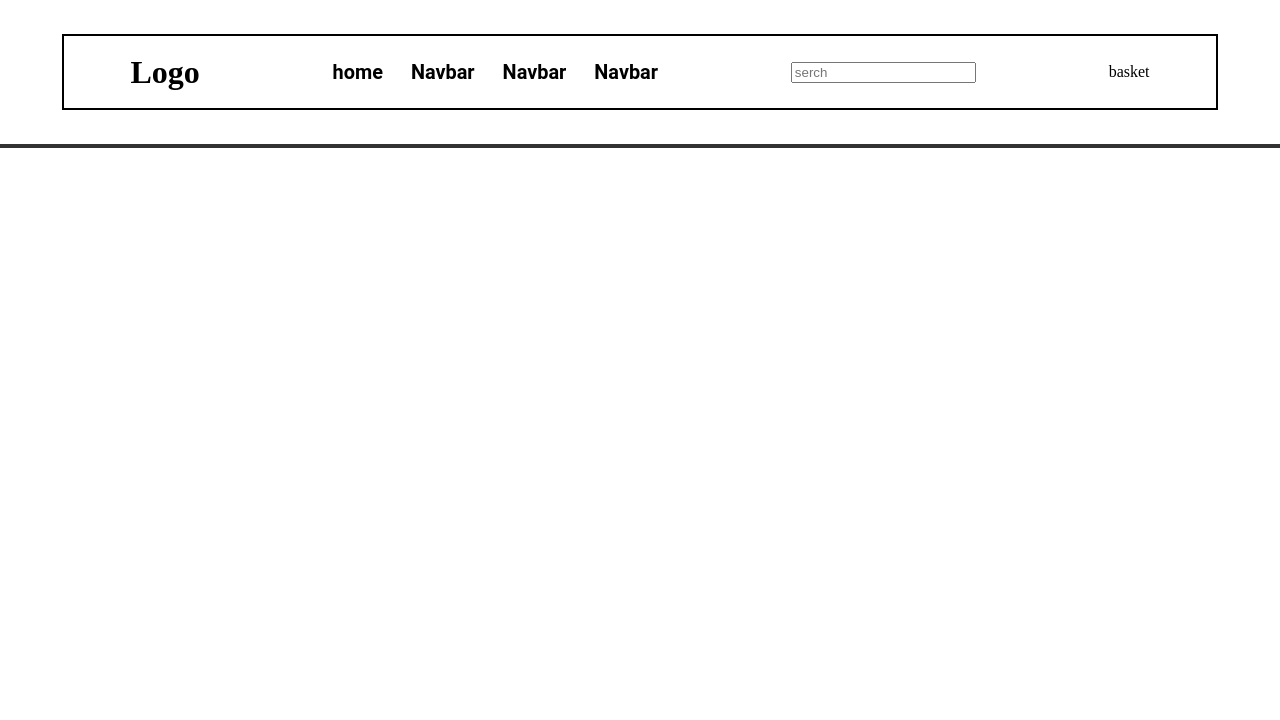
Repository: Islam432/Islam-and-Arsi---team
Page: /
An editor plug-in stored every save of this project. The page is shown before and after a run of saves, followed by the edit.
The browser window is 1280 px wide. The pictures show the whole page.
The project was rebuilt for these pictures with package versions that can differ from the ones it lists, and the page was loaded fresh each time. Also part of the build but not shown: vite.config.js, src/App.css, src/components/Comp/Comp.jsx.

Above is the page before, as saved 2023-03-11 22:55:01.

After the next 2 saves:
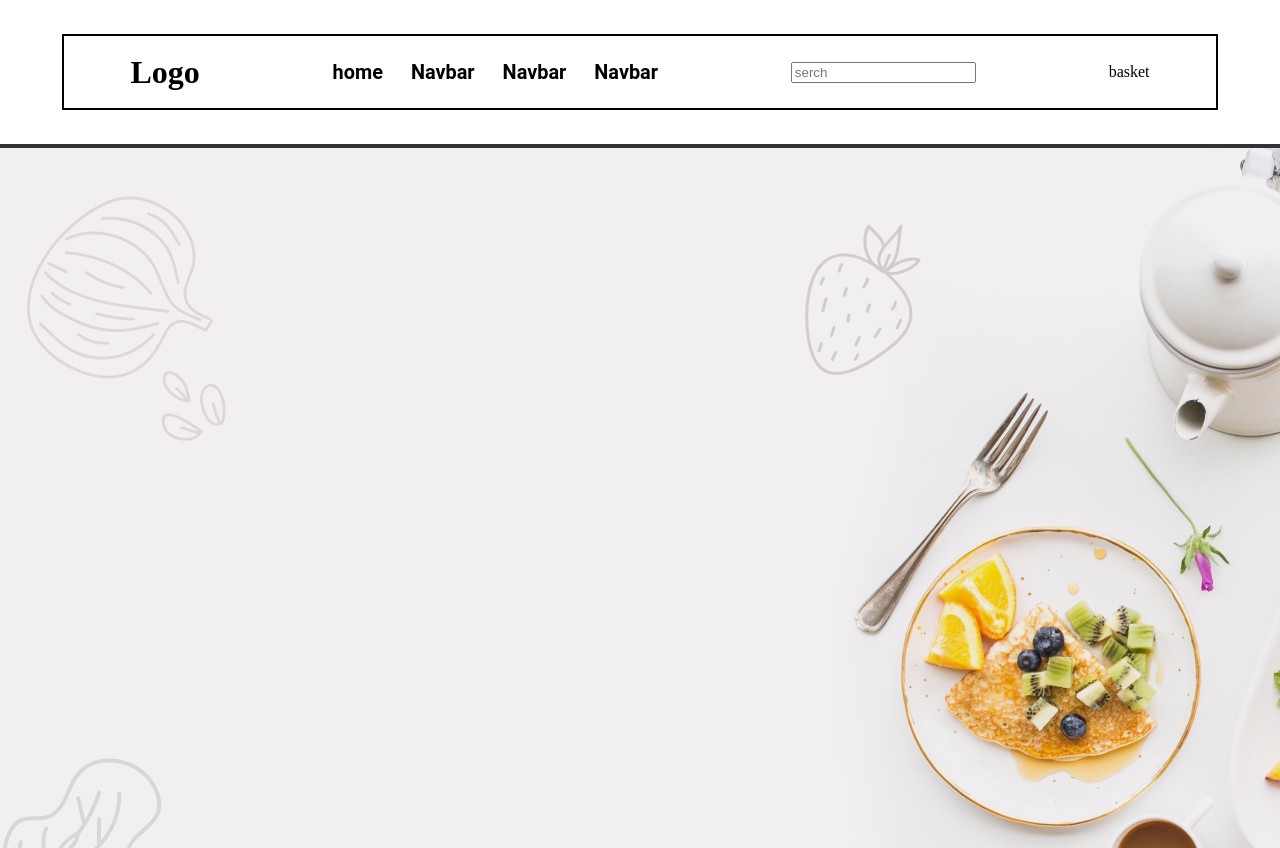
The 2 saves are shown as one change because they came seconds apart.
The last was saved 6 s later.
--- a/src/components/Home/Home.module.css
+++ b/src/components/Home/Home.module.css
@@ -1,6 +1,6 @@
 .cont{
     margin: 0;
     width: 100%;
-    ma
+    height: 700px;
     background: url("./Banner.jpg");
 }
